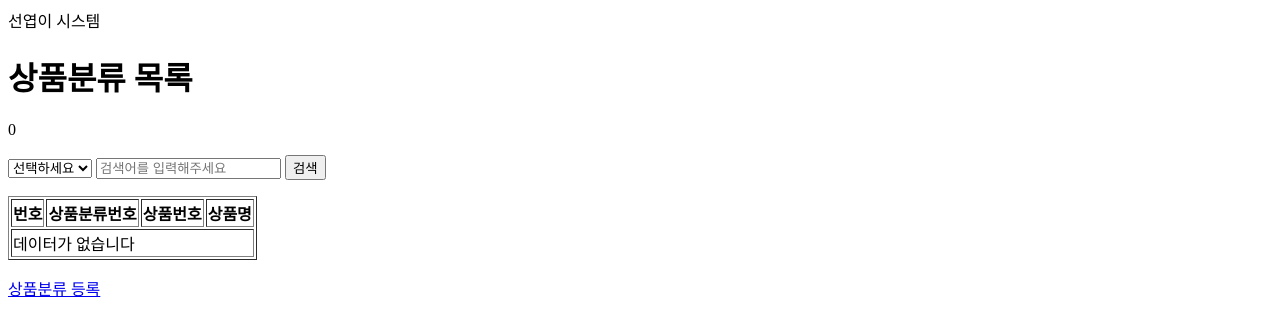
Repository: seonyeob94/BasicSpring2
Page: http://localhost/demo/WEB-INF/views/lprod/list.jsp
These files come from the project's save history. The page is drawn as it stood at one moment and after the next save; the edit follows.
The browser window is 1280 px wide. The pictures show the whole page.
The page is served by Tomcat 9. Nobody is signed in. Other server files are loaded and not shown. The template is opened directly, without the code that normally fills it, so the values that code supplies are empty.

Above is the page before, as saved 2025-06-04 07:03:34.

### demo/src/main/webapp/WEB-INF/views/lprod/list.jsp
<%@ page language="java" contentType="text/html; charset=UTF-8"%>
<%@ taglib prefix="c" uri="http://java.sun.com/jsp/jstl/core" %>
<%@ taglib prefix="fmt" uri="http://java.sun.com/jsp/jstl/fmt" %>
<%@ taglib prefix="fn" uri="http://java.sun.com/jsp/jstl/functions" %>

<!DOCTYPE html>
<html>
<head>
<lprodGu>선엽이 시스템</lprodGu>
</head>
<body>
	<h1>상품분류 목록</h1>
	<p>${lprodVOList}</p>
	<p>${fn:length(lprodVOList)}</p>
	<p>
	<!-- action속성 및 값이 생략 시, 현재 URI(/list)를 재요청.
         method는 GET(form 태그의 기본 HTTP 메소드는 GET임)
      param : keyword=모험
      요청URI : /list?keyword=모험 or /list or /list?keyword=
      요청파라미터 : keyword=모험
      요청방식 : get
      -->
		<form>
			<select name="gubun">
				<option value="" selected>선택하세요</option>
				<option value="lprodGu" >상품번호</option>
				<option value="lprodNm" >상품명</option>
			</select>
			<input type="text" name="keyword" value="${param.keyword}"
				placeholder="검색어를 입력해주세요"/>
			<!-- submit / button / reset -->
			<button type="submit" id="btsSearch">검색</button>
		</form>
	</p>
	<table border="1">
		<thead>
			<tr>
				<th>번호</th>
				<th>상품분류번호</th>
				<th>상품번호</th>
				<th>상품명</th>
			</tr>
		</thead>
		<!--
      forEach 태그? 배열(String[], int[][]), Collection(List, Set) 또는
      Map(HashTable, HashMap, SortedMap)에 저장되어 있는 값들을
      순차적으로 처리할 때 사용함. 자바의 for, do~while을 대신해서 사용함
      var : 변수
      items : 아이템(배열, Collection, Map)
      varStatus : 루프 정보를 담은 객체 활용
         - index : 루프 실행 시 현재 인덱스(0부터 시작)
         - count : 실행 회수(1부터 시작. 보통 행번호 출력)
       -->
       <!-- data : mav.addObject("lprodVOList", lprodVOList); -->
       <!-- row : lprodVO 1행 -->
		<tbody id="lprodTbody">
			<c:if test="${fn:length(lprodVOList)<1}">
				<tr>
					<td colspan="4">데이터가 없습니다</td>
				</tr>
			</c:if>
			<c:if test="${fn:length(lprodVOList)>0}">
				<!--
				[LprodVO [lprodId=4, lprodGu=p101, lprodNm=컴퓨터제품]
			 	-->
				<c:forEach var="lprodVO" items="${lprodVOList}" varStatus="stat">
					<tr>
						<td>${stat.count}</td>
						<td>${lprodVO.lprodId}</td>
						<!-- 제목 클릭시 상세 페이지로 이동 -->
						<td><a href="/lprod/detail?lprodId=${lprodVO.lprodId}">${lprodVO.lprodGu}</a></td>
						<td>${lprodVO.lprodNm}</td>
					</tr>
				</c:forEach>
			</c:if>
		</tbody>
	</table>
	<p>
		<a href="/lprod/create">상품분류 등록</a>
	</p>
</body>
</html>

After the next save:
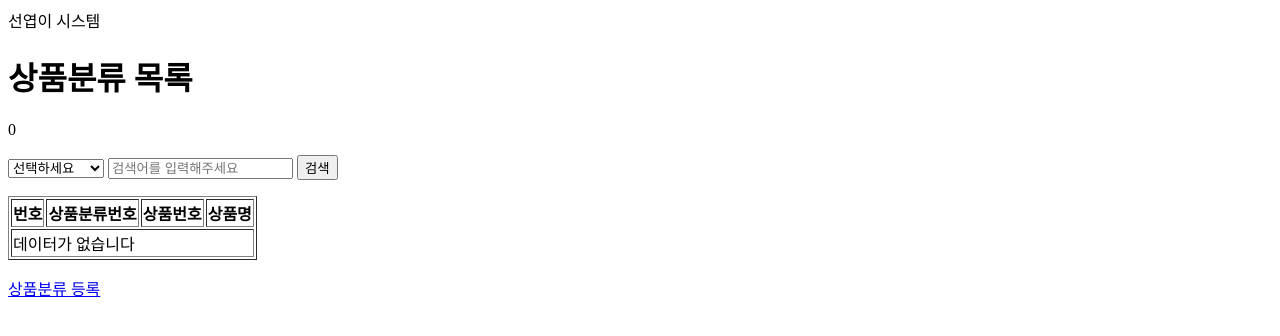
Saved 10 min 3 s later.
--- a/demo/src/main/webapp/WEB-INF/views/lprod/list.jsp
+++ b/demo/src/main/webapp/WEB-INF/views/lprod/list.jsp
@@ -23,8 +23,8 @@
 		<form>
 			<select name="gubun">
 				<option value="" selected>선택하세요</option>
-				<option value="lprodGu" >상품번호</option>
-				<option value="lprodNm" >상품명</option>
+				<option value="lprodGu" >상품분류구분</option>
+				<option value="lprodNm" >상품분류명</option>
 			</select>
 			<input type="text" name="keyword" value="${param.keyword}"
 				placeholder="검색어를 입력해주세요"/>
